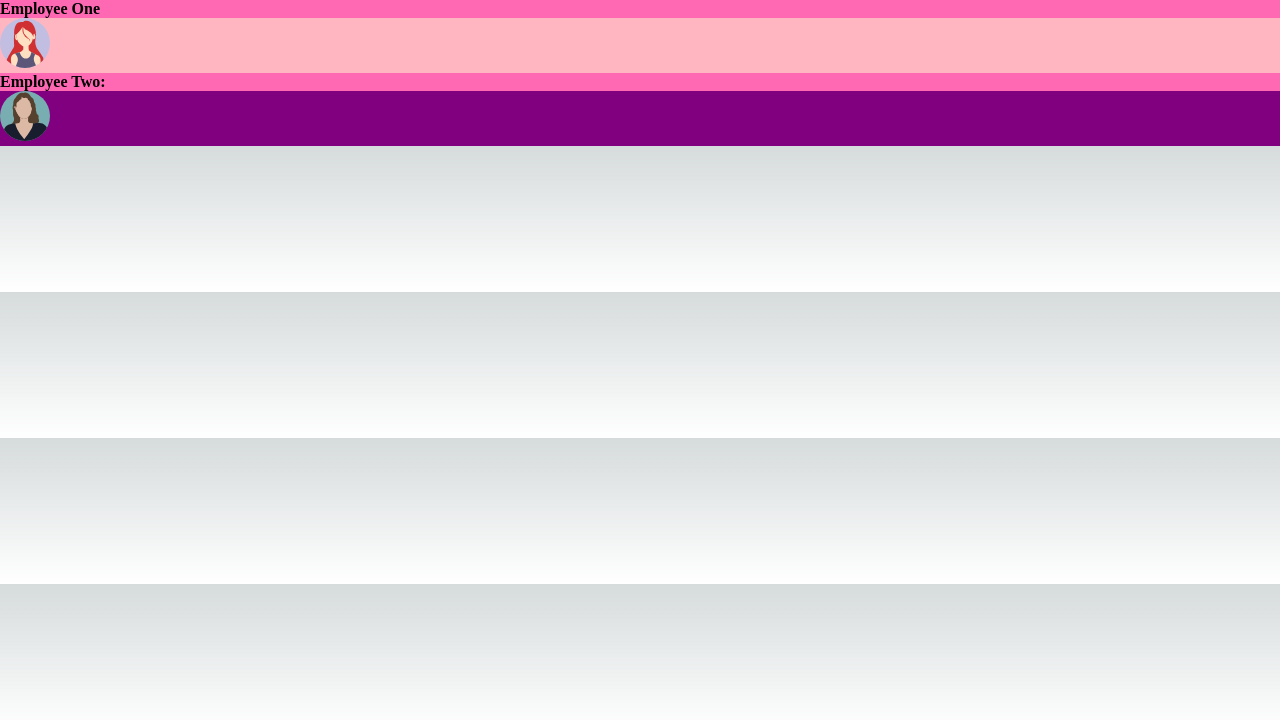
Repository: bguemos/week3example
Page: /About
An editor plug-in stored every save of this project. The page is shown before and after the next save, followed by the edit.
The browser window is 1280 px wide. The pictures show the whole page.
The project was rebuilt for these pictures with package versions that can differ from the ones it lists, and the page was loaded fresh each time. The framework's server and built-in components were replaced by stand-ins that run in the browser. Also part of the build but not shown: next.config.js.

Above is the page before, as saved 2023-01-19 12:48:25.

### pages/About.js
import Head from 'next/head'
import Image from 'next/image'
import { Inter } from '@next/font/google'
import styles from '@/styles/info.module.css'
import data from '../data/employee.json'
import { useState } from 'react'
import Card from '../components/Card/About'
import Link from 'next/link'


export default function About() {
    const [About, setAbout] = useState([...data])
     console.log(data);
  return (
 <>

<main className={styles.main}>
<code className={styles.code}></code>



<div className={styles.grid}>
<b> Employee One </b>
{About && About.map((data, About) => {
if (data.Position === "manager") {
return (
<Card key={About} employee={data.Name} colour="lightPink" font="20px" />
 )
 }
})}
<b> Employee Two:</b>
{About && About.map((data, About) => {
if (data.Position === "ceo") {
     return (
    <Card key={About} employeeName={data.Name} colour="purple" font="20px" />
     )
     }
     })}
    </div>





    </main>

</>
  )
    }

### styles/info.module.css
.main{
    background-color: hotpink;

}
.forbes{
    display: flex;
    flex-direction: row;
    flex-wrap: wrap;

}

### data/employee.json
[


{
    "Name": "Jenna",
    "Position": "manager",
    "department":"corporate",
    "yearsWorked": 4
},
{
    "Name": "Natalie",
    "Position": "general manager",
    "department":"corporate",
    "yearsWorked": 15

},
{
    "Name":"Sarah",
    "Position": "ceo",
    "department":"corporate",
    "yearsWorked": 20
}


]

### components/Card/About.js
export default function Card({
    employeePosition= "none",
    colour= "orange",
    font = "0",
    image = "Woman3.svg"
}) {
    return(
        <div style={{backgroundColor: colour, fontSize:font}}>
         {
            colour === "lightPink?" ? <img src={'Woman5.svg'} width="50"/> :
            colour === "purple" ? <img src={'Woman2.svg'} width="50"/>:
                                  <img src={image} width="50" />
         }

        </div>
    )
}

Loaded but not shown: pages/_app.js (common file); pages/_document.js (common file); styles/globals.css (common file)

After the next save:
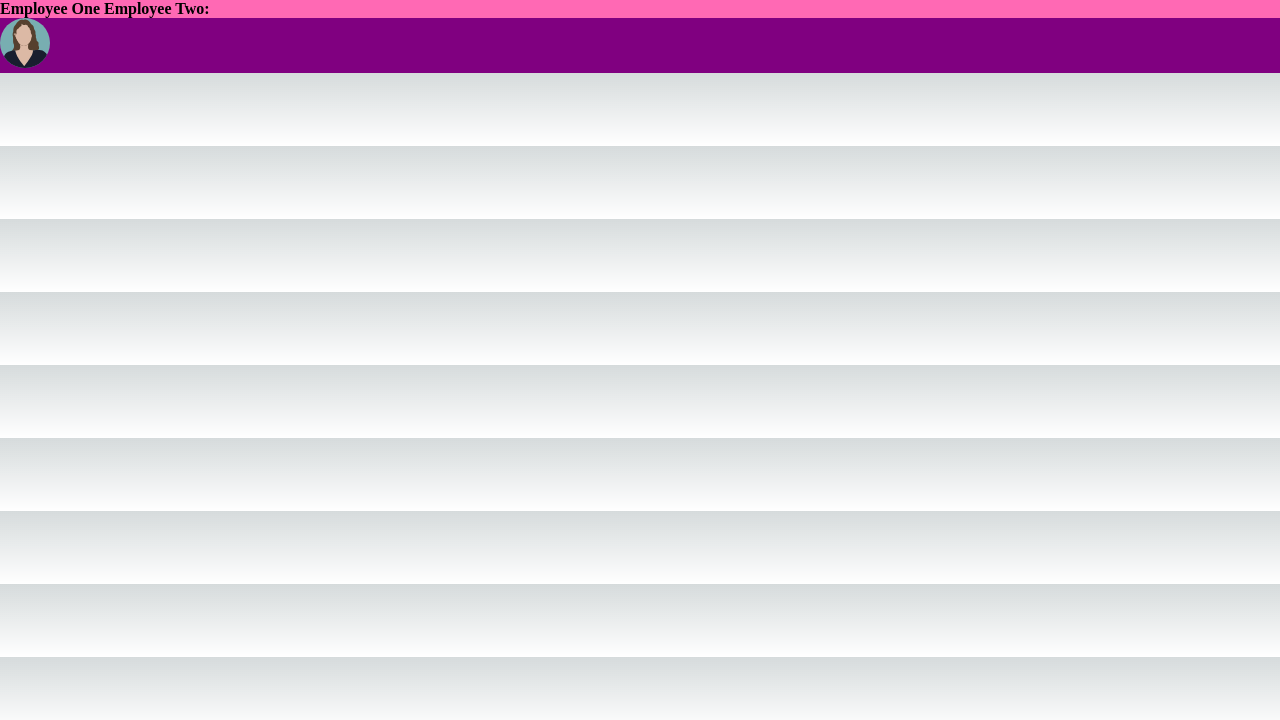
Saved 5 min 59 s later.
--- a/pages/About.js
+++ b/pages/About.js
@@ -21,7 +21,7 @@
 
 <div className={styles.grid}>
 <b> Employee One </b>
-{About && About.map((data, About) => {
+{About && About.map((info, About) => {
 if (data.Position === "manager") {
 return (
 <Card key={About} employee={data.Name} colour="lightPink" font="20px" />

After the save that followed:
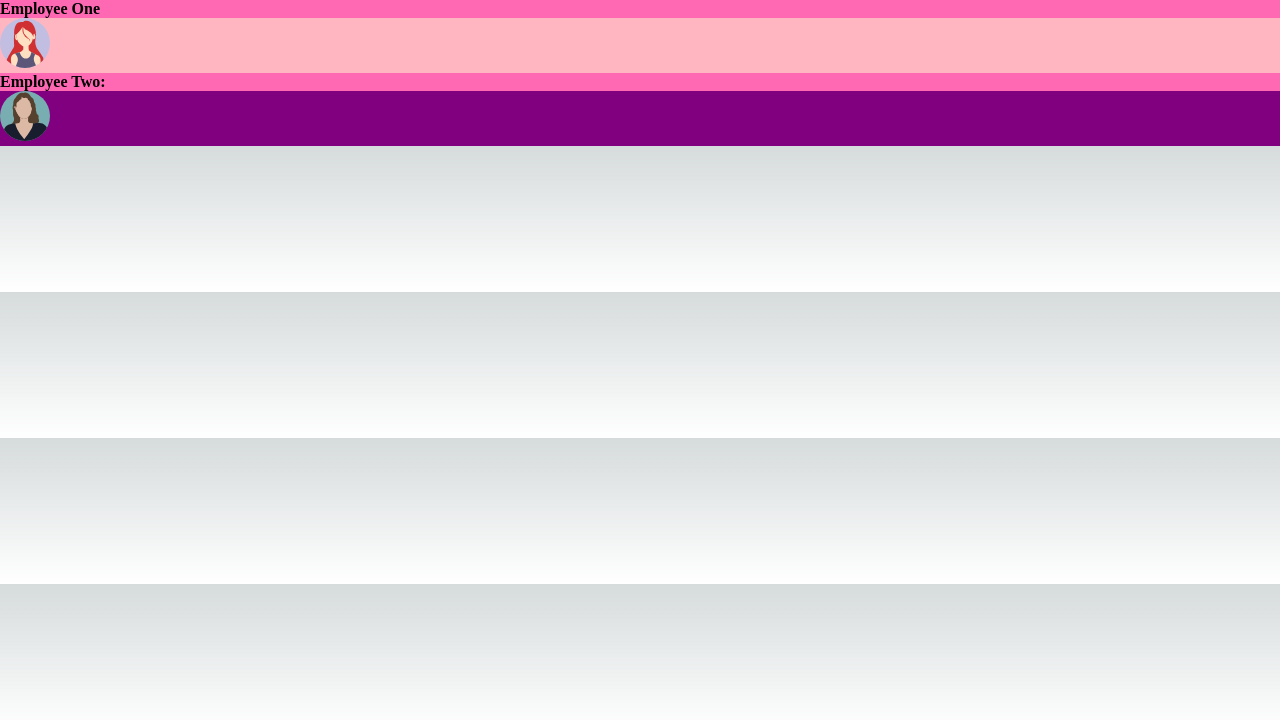
Saved 5 s later.
--- a/pages/About.js
+++ b/pages/About.js
@@ -21,7 +21,7 @@
 
 <div className={styles.grid}>
 <b> Employee One </b>
-{About && About.map((info, About) => {
+{About && About.map((data, About) => {
 if (data.Position === "manager") {
 return (
 <Card key={About} employee={data.Name} colour="lightPink" font="20px" />
